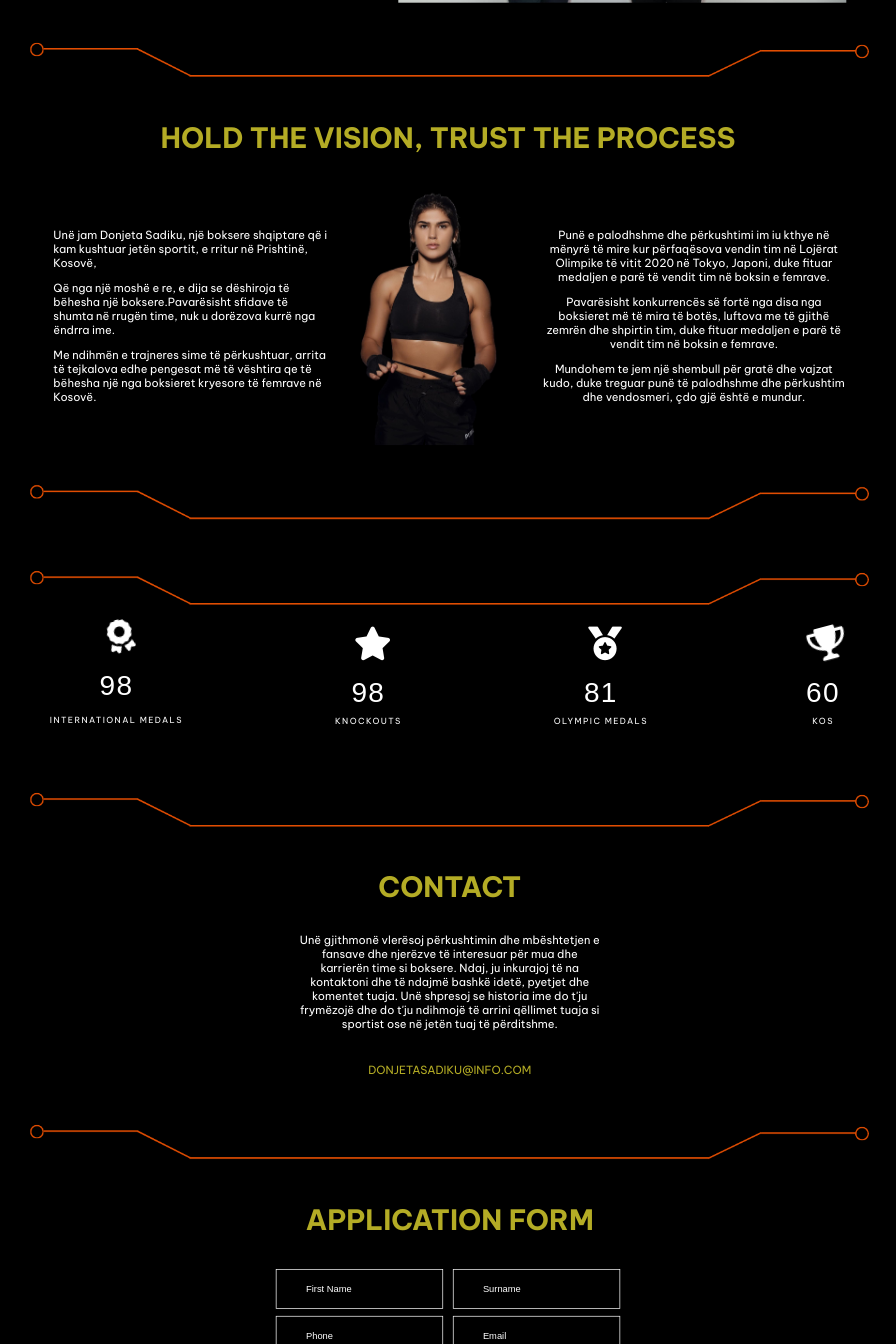
Repository: milot-morina/ds-boxing
Page: DS-Portfolio/index.html
The author's editor kept a copy of each file at every save. The page is drawn from the files as they stood at one save, then again after the next save.
The browser window is 1280 px wide. The pictures show the part of the page from y = 1957 to 3877 px (the page is 4411 px tall), at 70% of full size.
A picture or video elsewhere on the page could not be fetched, so the positions and the page height are approximate.

Above is the page before, as saved 2023-03-22 08:49:15.

After the next save:
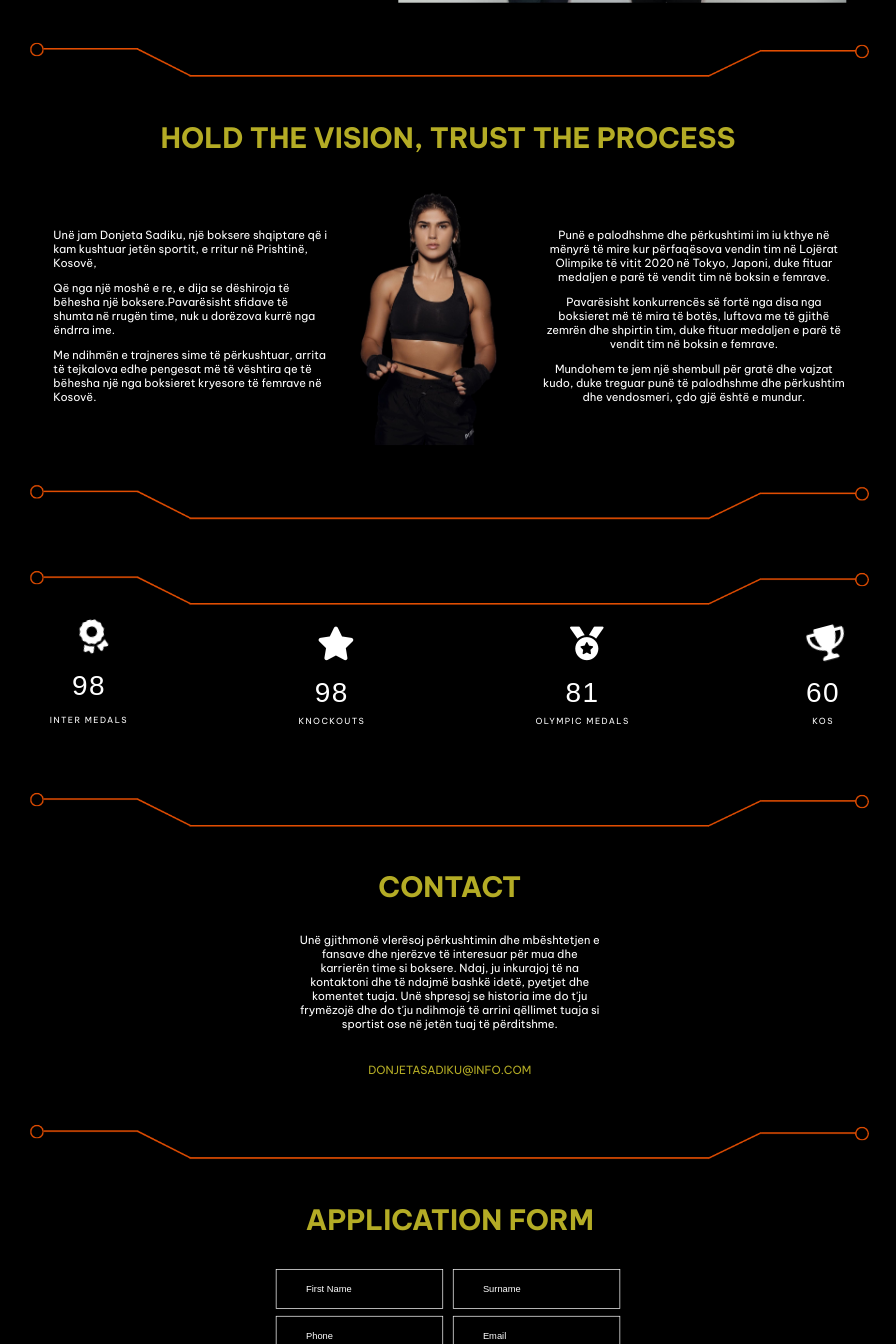
Saved 13 s later.
--- a/DS-Portfolio/index.html
+++ b/DS-Portfolio/index.html
@@ -134,7 +134,7 @@
           <i class="fa-sharp fa-solid fa-award fa-shake"></i>
           <span id="anim-number-pizza" class="counter-number"></span>
           <span class="timer counter alt-font appear" data-to="98" data-speed="7000">280</span>
-          <p class="counter-title">International Medals</p>
+          <p class="counter-title">Inter Medals</p>
         </div>
         <!-- end counter -->
         <!-- counter -->
